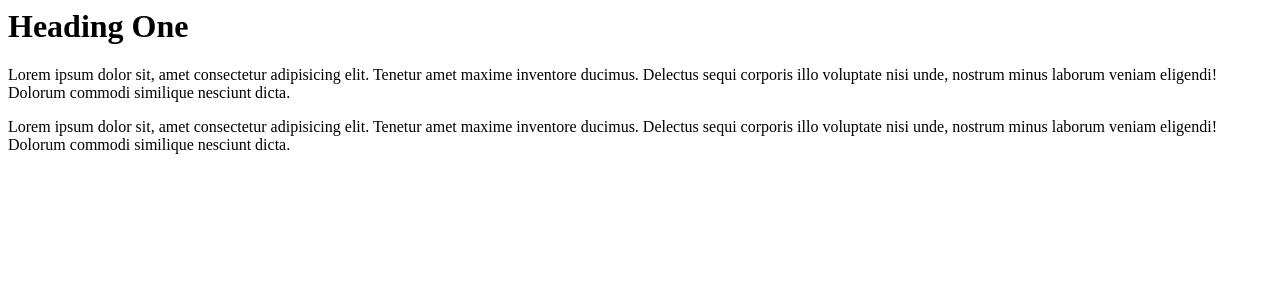
Repository: MonwarAdeeb/Bista_Solutions
Page: HTML & CSS/CSS/Level Two/01. Fonts.html
The author's editor kept a copy of each file at every save. The page is drawn from the files as they stood at one save, then again after the next save.
The browser window is 1280 px wide. The pictures show the whole page.

Above is the page before, as saved 2021-05-20 15:17:14.

### HTML & CSS/CSS/Level Two/01. Fonts.html
<html lang="en">
<head>
    <meta charset="UTF-8">
    <meta http-equiv="X-UA-Compatible" content="IE=edge">
    <meta name="viewport" content="width=device-width, initial-scale=1.0">
    <title>Fonts</title>
    <link rel="stylesheet" href="01. Fonts.css">
</head>
<body>
    <h1>Heading One</h1>

    <p>Lorem ipsum dolor sit,
        amet consectetur adipisicing elit.
        Tenetur amet maxime inventore ducimus.
        Delectus sequi corporis illo voluptate nisi unde,
        nostrum minus laborum veniam eligendi!
        Dolorum commodi similique nesciunt dicta.</p>

    <p id="two">Lorem ipsum dolor sit,
        amet consectetur adipisicing elit.
        Tenetur amet maxime inventore ducimus.
        Delectus sequi corporis illo voluptate nisi unde,
        nostrum minus laborum veniam eligendi!
        Dolorum commodi similique nesciunt dicta.</p>

    <p></p>

</body>
</html>

Loaded but not shown: HTML & CSS/CSS/Level Two/01. Fonts.css (no stored copy; drawn as an empty file)

After the next save:
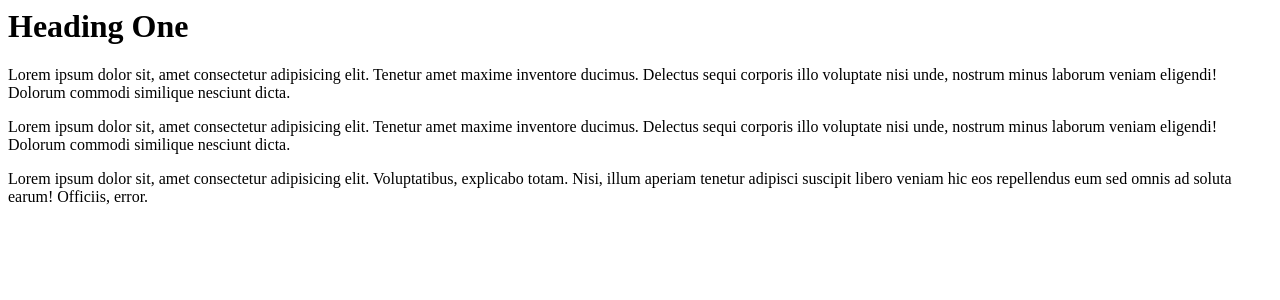
Saved 28 s later.
--- a/HTML & CSS/CSS/Level Two/01. Fonts.html
+++ b/HTML & CSS/CSS/Level Two/01. Fonts.html
@@ -23,7 +23,7 @@
         nostrum minus laborum veniam eligendi!
         Dolorum commodi similique nesciunt dicta.</p>
 
-    <p></p>
+    <p>Lorem ipsum dolor sit, amet consectetur adipisicing elit. Voluptatibus, explicabo totam. Nisi, illum aperiam tenetur adipisci suscipit libero veniam hic eos repellendus eum sed omnis ad soluta earum! Officiis, error.</p>
 
 </body>
 </html>

After the save that followed:
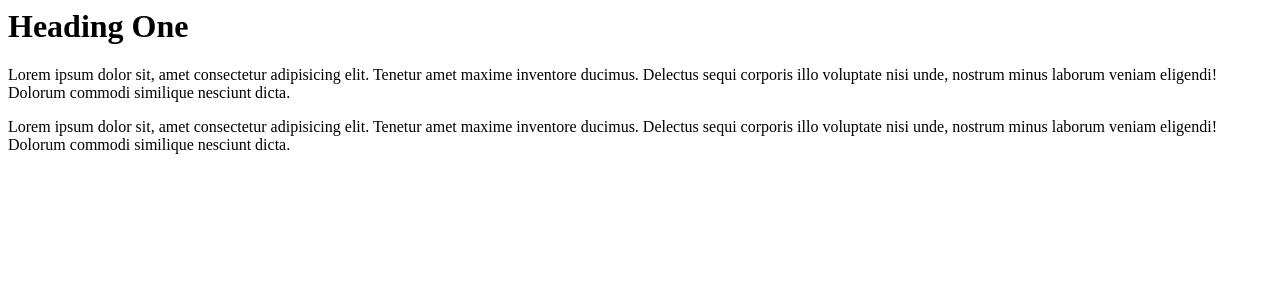
Saved 5 s later.
--- a/HTML & CSS/CSS/Level Two/01. Fonts.html
+++ b/HTML & CSS/CSS/Level Two/01. Fonts.html
@@ -23,7 +23,7 @@
         nostrum minus laborum veniam eligendi!
         Dolorum commodi similique nesciunt dicta.</p>
 
-    <p>Lorem ipsum dolor sit, amet consectetur adipisicing elit. Voluptatibus, explicabo totam. Nisi, illum aperiam tenetur adipisci suscipit libero veniam hic eos repellendus eum sed omnis ad soluta earum! Officiis, error.</p>
+    <p></p>
 
 </body>
 </html>
